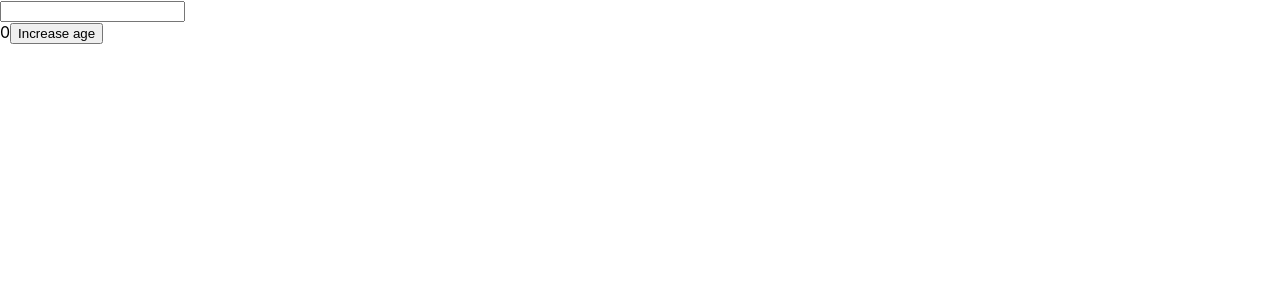
Repository: iamjayenmthakuri/todolist
Page: /
An editor plug-in stored every save of this project. The page is shown before and after the next save, followed by the edit.
The browser window is 1280 px wide. The pictures show the whole page.
The project was rebuilt for these pictures with package versions that can differ from the ones it lists, and the page was loaded fresh each time.

Above is the page before, as saved 2022-09-18 23:16:01.

### src/App.js
import React,{useState} from 'react';

function App() {
  const [age,setAge] =useState(0);
  const increaseAge =()=>{
    setAge(age+1);
  }
const [inputValue,setInputValue]=useState("");

const handleInputChange =(event)=>{
  setInputValue(event.target.value);
}
  return (
  <>
  <input type="text" onChange={handleInputChange} />
  {inputValue}

<div>


    {age}
    <button onClick={increaseAge}>Increase age</button>
    </div>
    </>
  );
}

export default App;

Loaded but not shown: public/index.html (common file); src/index.js (common file); src/index.css (common file); src/reportWebVitals.js (common file)

After the next save:
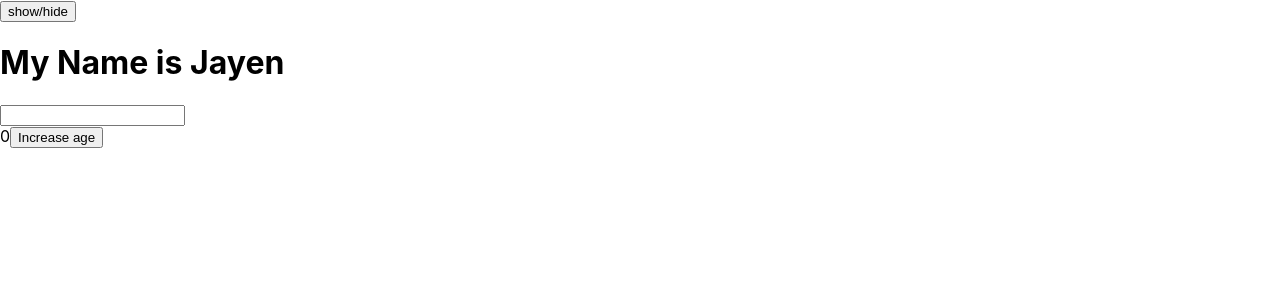
Saved 2 min 9 s later.
--- a/src/App.js
+++ b/src/App.js
@@ -11,13 +11,12 @@ const handleInputChange =(event)=>{
   setInputValue(event.target.value);
 }
   return (
-  <>
+  <><button>show/hide</button>
+  <h1>My Name is Jayen</h1>
   <input type="text" onChange={handleInputChange} />
   {inputValue}
 
 <div>
-
-
     {age}
     <button onClick={increaseAge}>Increase age</button>
     </div>
